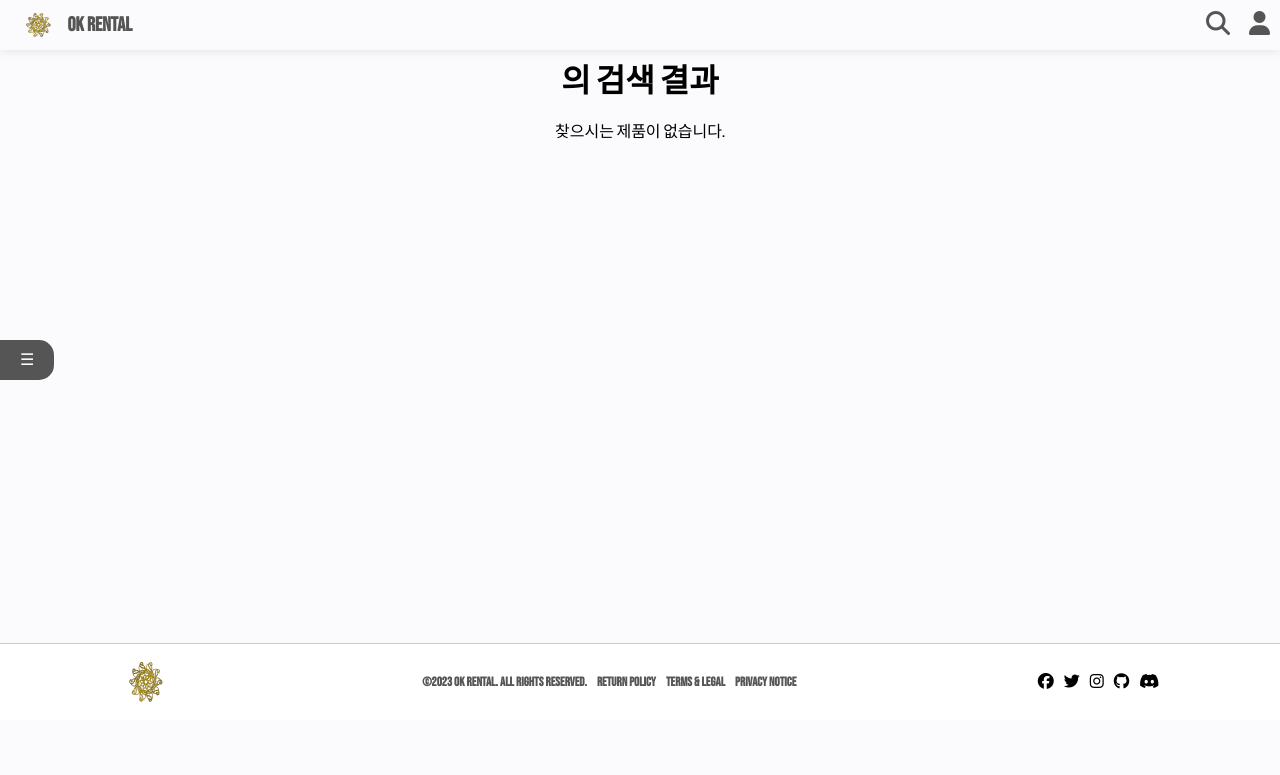
Repository: bbqju13/52si
Page: http://localhost/spring/WEB-INF/views/product/searchResult.jsp
The author's editor kept a copy of each file at every save. The page is drawn from the files as they stood at one save, then again after the next save.
The browser window is 1280 px wide. The pictures show the whole page.
Some web libraries are served in a nearby version. The page is served by Tomcat 9. Nobody is signed in. Other server files are loaded and not shown. The template is opened directly, without the code that normally fills it, so the values that code supplies are empty.

Above is the page before, as saved 2023-07-26 00:40:23.
Console error: TypeError: Cannot read properties of null (reading 'addEventListener')

### spring/src/main/webapp/WEB-INF/views/product/searchResult.jsp
<%@ page language="java" contentType="text/html; charset=UTF-8"
	pageEncoding="UTF-8"%>
<%@ taglib prefix="c" uri="http://java.sun.com/jsp/jstl/core"%>
<%@ taglib uri="http://java.sun.com/jsp/jstl/functions" prefix="fn"%>
<!DOCTYPE html>
<html lang="en">
<head>
<meta charset="UTF-8">
<meta name="viewport" content="width=device-width, initial-scale=1.0">
<script src="https://kit.fontawesome.com/e927512ef5.js"
	crossorigin="anonymous"></script>
<script
	src="https://ajax.googleapis.com/ajax/libs/jquery/3.5.1/jquery.min.js"></script>
<link rel="preconnect" href="https://fonts.gstatic.com" crossorigin>
<link
	href="https://fonts.googleapis.com/css2?family=Bebas+Neue&display=swap"
	rel="stylesheet">
<link href="https://fonts.googleapis.com/icon?family=Material+Icons"
	rel="stylesheet">
<title>List</title>
<link rel="stylesheet" href="/resources/css/product/list.css">
<link rel="stylesheet" href="/resources/css/HF.css">
</head>
<style>
</style>
<body>
	<!-- 헤더 -->
	<header>
		<div class="container">
			<div class="header">
				<a href="/home">
					<div class="logo-title">
						<img src="/resources/img/logo2.svg" alt="">
						<h1 class="title" style="color: #555;">OK Rental</h1>
					</div>
				</a>
				<!-- 우측에 위치 -->
				<div class="header-right">
					<div class="info">
						<i class="fa-sharp fa-solid fa-user fa-xl" style="color: #555;"
							onclick="toggleTooltip();"></i>
						<div id="tooltip" class="speech-bubble">
							<c:if test="${ses.cid == null }">
								<a href="/user/signup">회원가입</a>
								<br>
								<a href="/user/login">로그인</a>
							</c:if>
							<c:if test="${ses.cid != null }">
								<a href="/user/modify">회원정보수정</a>
								<br>
								<a href="/user/logout">로그아웃</a>
							</c:if>
						</div>
					</div>

					<!-- 230710 서치 -->
					<div class="search">
						<span id="search"> <i
							class="fa-solid fa-magnifying-glass fa-xl" style="color: #555;"></i>
						</span>
					</div>
				</div>
			</div>
		</div>
		<div id="myOverlay" class="overlay">
			<span class="closebtn" onclick="closeSearch()" title="Close Overlay">×</span>
			<div class="overlay-content">
				<form action="/product/search" method="get">
					<div class="search-container">
						<h1 style="color: white;">Quickly Search Site</h1>
						<div class="search-box">
							<input type="text" placeholder="Search.." name="search"
								class="search-input">
							<button class="search-box-btn" type="submit" style="color: #555;">Search</button>
						</div>
					</div>
				</form>
				<div class="quickly">
					<ul>
						<li><i class="fa-solid fa-arrow-right fa-xs"
							style="color: #ffffff;"></i> <a href="/product/search?search=다이슨"> dyson</a></li>
						<li><i class="fa-solid fa-arrow-right fa-xs"
							style="color: #ffffff;"></i> <a href="/product/search?search=엘지"> lg </a></li>
						<li><i class="fa-solid fa-arrow-right fa-xs"
							style="color: #ffffff;"></i> <a href="/product/search?search=쿠쿠"> cuckoo </a></li>
						<li><i class="fa-solid fa-arrow-right fa-xs"
							style="color: #ffffff;"></i> <a href="/product/search?search=코웨이"> coway </a></li>
					</ul>
				</div>
			</div>
		</div>

		<div id="blurryPart" class="blurry-part"></div>
		<!-- 230710 서치 -->
	</header>
	<!-- 헤더시마이 -->
	<h1 class="h1">${searchKeyword}의 검색 결과</h1>
	<c:choose>
		<c:when test="${empty searchDtoList}">
        	<p id="emptyPara">찾으시는 제품이 없습니다.</p>
        </c:when>
        <c:otherwise>
        	<div id="dtoListDiv">
				<ul>
				<c:forEach items="${searchDtoList}" var="dto">
		            <li>
		                <a href="/product/detail?pno=${dto.pvo.pno}">
		                    <span class="img-wrapper">
		                        <span class="img-container">
		                            <c:forEach items="${dto.flist}" var="fvo">
		                                <img alt="image" src="/upload/${fn:replace(fvo.save_dir, '\\','/')}/${fvo.uuid}_th_${fvo.file_name}">
		                            </c:forEach>
		                        </span>
		                    </span>
		                    <span class="badge-container">
		                        <img src="/resources/img/pc_best.png" alt="Best" class="badge">
		                        <img src="/resources/img/pc_new.png" alt="New" class="badge">
		                    </span>
		                    <span class="info-1">${dto.pvo.pname}</span>
		                    <span class="info-2">${dto.pvo.price}</span>
		                    <span class="info-3">${dto.pvo.content}</span>
		                </a>
		            </li>
				</c:forEach>
				</ul>
			</div>
        </c:otherwise>
	</c:choose>
	<div class="nav-btn" id="nav-btn">☰</div>

	<div class="nav-bar" id="nav-bar">
		<a href="#">service</a> <a href="#">address</a> <a href="#">project</a>
		<a href="#">phone</a>
	</div>

	<!-- top btn -->
	<button onclick="topFunction()" id="top-button" title="Go to top">
		<div>
			<i class="fa-solid fa-caret-up fa-lg" style="color: #ffffff;"></i>
		</div>
		Top
	</button>

	<!-- 푸터 -->
	<footer>
		<div class="footer" style="background-color: white;">
			<div class="ft-logo">
				<img src="/resources/img/logo2.svg" alt="" width="50px"
					height="50px">
			</div>
			<div class="footinfo">
				<span><h6>©2023 Ok RENTAL. All Rights Reserved.</h6></span> <span><h6>RETURN
						POLICY</h6></span> <span><h6>TERMS & LEGAL</h6></span> <span><h6>PRIVACY
						NOTICE</h6></span>
			</div>
			<div class="footsns">
				<a href="https://www.facebook.com/login/?locale=ko_KR"><i
					class="fa-brands fa-facebook" style="color: #000000;"></i></a> <a
					href="https://twitter.com/i/flow/login?input_flow_data=%7B%22requested_variant%22%3A%22eyJsYW5nIjoia28ifQ%3D%3D%22%7D"><i
					class="fa-brands fa-twitter" style="color: #000000;"></i></a> <a
					href="https://www.instagram.com/"><i
					class="fa-brands fa-instagram" style="color: #000000;"></i></a> <a
					href="https://github.com/login"><i class="fa-brands fa-github"
					style="color: #000000;"></i></a> <a href="https://discord.com/login"><i
					class="fa-brands fa-discord" style="color: #000000;"></i></a>
			</div>
		</div>
	</footer>
	<script src="/resources/js/HF.js"></script>
	<script src="/resources/js/product/list.js"></script>
	<!-- 푸터시마이 -->
	<script>

	</script>
</body>
</html>

### spring/src/main/webapp/resources/css/product/list.css
body {
    background-color: #fbfbfd;
    text-align: center;
    margin: 0;
    padding: 0;
    height: 100vh;
}

.h1{
    margin-top: 55px;
    margin-bottom: 0;
}

#dtoListDiv {
    width: 80%;
    margin: 0 auto;
    padding: 20px;
}

#dtoListDiv ul {
    padding: 0;
    margin: 0 0 80px 0;
    list-style: none;
    display: grid;
    grid-template-columns: repeat(auto-fill, minmax(250px, 1fr));
    grid-gap: 20px;
    justify-content: center;
}

#dtoListDiv ul li {
    height: 500px;
    box-shadow: 0px 0px 10px 0px rgba(0,0,0,0.1);
    background: white;
    border-radius: 10px;
    overflow: hidden;
}

#dtoListDiv ul li a {
    display: block;
    text-decoration: none;
    color: black;
    position: relative;
    height: 100%;
    padding: 20px;
    transition: all 0.3s ease-in-out;
}

#dtoListDiv ul li a .img-container img:hover {
    transform: scale(1.03); /* 이미지만 확대 */
}

#dtoListDiv ul li a .img-container {
    width: 100%;
    display: flex;
    justify-content: center;
    align-items: center;
    height: 50%;
    margin-top: 20px;
    margin-bottom: 20px;
    overflow: hidden; /* 이미지가 컨테이너를 벗어나는 것을 방지 */
}

#dtoListDiv ul li a .img-container img {
    max-width: 100%;
    max-height: 100%;
    object-fit: contain;
    transition: all 0.3s ease-in-out; /* 이미지 확대 애니메이션 */
}

#dtoListDiv ul li a .badge-container {
    position: absolute;
    top: 10px;
    right: 10px;
}

#dtoListDiv ul li a .badge-container img {
    width: 40px;
    height: 40px;
}

.info-1 {
    display: block;
    margin: 5px 0;
    margin-top: 60px;
}

.info-2, .info-3 {
    display: block;
    margin: 5px 0;
}

#dtoListDiv ul li:hover{
	border: 2px solid #007AFF;
}

.nav-btn {
    position: fixed;
    left: 0;
    top: 50%;
    transform: translateY(-50%);
    padding: 10px 20px;
    background: #555;
    color: #fff;
    cursor: pointer;
    z-index: 2;
    border-top-right-radius: 15px;
    border-bottom-right-radius: 15px;
}

.nav-btn:hover {
    background: #555; /* 변경: 호버 시 버튼이 사라지는 대신 색상이 변경됩니다. */
}

.nav-bar {
    position: fixed;
    height: 100%;
    width: 0;
    top: 0;
    left: 0;
    background: #555;
    z-index: 9999;
    overflow: hidden;
    transition: 0.5s;
    display: flex;
    flex-direction: column;
    align-items: center;
    justify-content: center;
    border-top-right-radius: 15px;
    border-bottom-right-radius: 15px;
}

.nav-bar a {
    padding: 20px;
    color: #fff;
    text-decoration: none;
    transition: 0.3s;
    border-radius: 15px;
}

.nav-bar a:hover {
    background: #555;
}
/* top btn */
#top-button {
    display: none; /* 기본적으로 버튼이 보이지 않도록 설정 */
    position: fixed;
    bottom: 120px; /* 하단에서 20px 떨어진 위치에 배치 */
    left: 30px; /* 좌측에서 30px 떨어진 위치에 배치 */
    z-index: 99; /* 다른 요소들 위에 보이도록 z-index 설정 */
    border: none;
    outline: none;
    background-color: #555; /* 배경색은 원하는 색으로 설정 */
    color: white; /* 글자 색은 원하는 색으로 설정 */
    cursor: pointer;
    padding: 15px;
    border-radius: 10px;
}
/* 스크롤바 커스텀 */
::-webkit-scrollbar {
    width: 0.7rem;
  }

  ::-webkit-scrollbar-thumb {
    border-radius: 1rem;
    background: #c5c5c5;
    transition: all 0.5s ease-in-out;
  }

  ::-webkit-scrollbar-thumb:hover {
    background: #222224;
  }

  ::-webkit-scrollbar-track {
    background: #f9f9f9;
  }

### spring/src/main/webapp/resources/css/HF.css
* {
    font-family: 'Bebas Neue', sans-serif;
}
a{
    text-decoration: none;
    color: black;
}
/* header */
.container {
    display: flex;
    justify-content: space-between;
    align-items: center;
    width: 100% !important;
    height: 50px;
    position: fixed;
    top: 0;
    z-index: 999;
    box-shadow: 0px 1px 10px 0px rgba(0,0,0,0.1);
}
.logo-title {
    display: flex;
    align-items: center;
    margin-left: 20px;
}
.logo-title img {
    height: 30px;
}
.logo-title h1 {
    margin-left: 10px;
    color: black;
    font-size: 20px;
}
.header {
    display: flex;
    justify-content: space-between; /* header 내부 요소들을 좌우 양쪽으로 분배 */
    width: 100% !important; /* header 요소의 너비를 최대로 설정 */
}
.header-right {
    display: flex;
    justify-content: flex-end; /* 우측에 위치하는 요소들을 우측 끝으로 정렬 */
}

@media screen and (max-width: 1669px) {
    .header {
        flex-direction: column;
        align-items: start;
        width: 100%;
    }
}
/* 회원가입 / 검색 */
.info, .search{
    margin-top: 5px;
}
.info>a{
color: black;
top: 0;
right: 0;
display: inline-block;
margin-right: 10px;
}
span:hover{
cursor: pointer;
}
#tooltip>a{
color: white;
text-align: center;
}
.info {
    position: absolute;
    top: 10px;
    right: 10px;
}

#tooltip {
    position: absolute;
    top: 40px;
    right: -10px;
    display: none;
    color: #ffffff;
    background: #00000069;
    border-radius: .4em;
    padding: 10px;
    white-space: nowrap;
    z-index: 9999;
}

.speech-bubble {
    background: #00000069;
    border-radius: .4em;
    padding: 10px;
    white-space: nowrap;
}

.speech-bubble:after {
    content: '';
    position: absolute;
    top: 0;
    left: 83%;
    transform: translate(-50%, -100%);
    width: 0;
    height: 0;
    border: 10px solid transparent;
    border-bottom-color: #00000069;
}
.fa-sharp{
    cursor: pointer;
}

/* 230710 서치 수정 */
.overlay {
    height: 0%;
    width: 100%;
    position: fixed;
    z-index: 99999;
    top: 0;
    left: 0;
    background-color: #fbfbfd;
    background-color: rgba(116, 112, 112, 0.836);
    overflow-x: hidden;
    transition: 0.5s;
    border-bottom-left-radius: 30px;
    border-bottom-right-radius: 30px;
  }

  .overlay-content {
    position: relative;
    top: 25%;
    width: 100%;
    text-align: left;
    margin-top: 30px;
    margin-left: 20px;
  }
  .overlay-content h1 {
  font-size: 1.5em;
  margin-bottom: 10px;
}

.overlay .closebtn {
    position: absolute;
    top: 20px;
    right: 45px;
    font-size: 60px;
    cursor: pointer;
    color: white;
}

.blurry-part {
    height: 0%;
    backdrop-filter: blur(8px);
    position: fixed;
    bottom: 0;
    width: 100%;
    transition: 0.5s;
}

@media screen and (max-height: 100%) {
  .overlay a {font-size: 20px}
  .overlay .closebtn {
    font-size: 40px;
    top: 15px;
    right: 35px;
  }
}

.overlay-content ul li{
    list-style-type: none;
}

.overlay-content li{
    color: white;
    font-size: 24px;
}
.search-container {
    width: 95%;
    box-sizing: border-box;
  }
  .search-container h1{
    text-align: center;
  }

  .search-box {
    display: flex;
    align-items: center;
    background: white;
    border-radius: 4px;
  }

  .search-input {
    flex: 1;
    border: none;
    outline: none;
    padding: 10px 20px;
    font-size: 16px;
    color: #333;
    border-top-left-radius: 4px;
    border-bottom-left-radius: 4px;
  }

  .search-box button {
    padding: 10px 20px;
    border: none;
    background: linear-gradient(to bottom, #f5f6f7, #e7e8e9);
    color: #333;
    font-size: 16px;
    cursor: pointer;
    transition: all 0.3s;
    outline: none;
    border-radius: 4px;
  }

  .search-box button:hover {
    background: linear-gradient(to bottom, #e7e8e9, #d6d7d8);
  }

  .quickly ul {
    padding: 0;
    list-style: none;
  }

  .quickly ul li {
    margin-bottom: 10px;
  }

  .quickly ul li a {
    color: white;
    text-decoration: none;
    font-size: 20px;
  }
  .search {
    position: absolute;
    top: 10px;
    right: 50px;
}

/* 230710 서치 수정끝 */

/* footer */
footer {
    position: fixed;
    bottom: 0;
    width: 100%;
}
.footer {
    display: flex;
    justify-content: space-around;
    align-items: center;
    border-top: 1px solid #ccc;
}

.footer div {
    display: flex;
    align-items: center;
    gap: 10px;
}

.footinfo, .footsns {
    flex-direction: row;
    gap: 10px;
}

.footsns a {
    color: #555;
    text-decoration: none;
}

.ft-logo img, .footinfo h6 {
    font-size: 0.8em;
    color: #555;
}

.ft-logo{
    margin-right: 5px;
}

.gender-selection {
    display: flex;
    justify-content: center;
    gap: 10px;
    margin-bottom: 10px;
}

.gender-icon {
    cursor: pointer;
    transition: color 0.3s;
}

.gender-icon.selected {
    color: #007AFF;
}
.ft-logo{
    margin-right: 10px;
}
.footsns{
    text-align: center;
}

### spring/src/main/webapp/resources/js/HF.js
function toggleTooltip() {
    var tooltip = document.getElementById("tooltip");
    tooltip.style.display = tooltip.style.display === "block" ? "none" : "block";
}


// 검색창 변경 overlay search
function openSearch() {
  document.getElementById("myOverlay").style.height = "45%";
  document.getElementById("blurryPart").style.height = "55%";
}

function closeSearch() {
  document.getElementById("myOverlay").style.height = "0%";
  document.getElementById("blurryPart").style.height = "0%";
}

document.getElementById('search').addEventListener('click', function() {
  openSearch();
});

document.addEventListener("DOMContentLoaded", function() {
    // 정보 버튼(info-button) 클릭 시 동작
    document.getElementById("info-button").addEventListener("click", function() {
      var infoModal = document.getElementById("info-modal");
      infoModal.style.display = "block";
      infoModal.style.width = "0px";
      infoModal.style.height = "0px";
      infoModal.animate([
        { width: "0px", height: "0px" },
        { width: "260px", height: "550px", opacity: 1 }
      ], {
        duration: 500,
        fill: "forwards"
      });
    });

    // 정보 모달(info-modal) 닫기 버튼(close-button) 클릭 시 동작
    document.getElementById("close-button").addEventListener("click", function() {
      var infoModal = document.getElementById("info-modal");
      infoModal.animate([
        { width: "260px", height: "550px", opacity: 1 },
        { width: "0px", height: "0px", opacity: 0 }
      ], {
        duration: 1500,
        fill: "forwards"
      }).onfinish = function() {
        infoModal.style.display = "none";
      };
    });

    // 관리자 버튼(admin-button-left) 클릭 시 동작
    document.getElementById("admin-button-left").addEventListener("click", function() {
      var adminModal = document.getElementById("admin-modal-left");
      adminModal.style.display = "block";
      adminModal.style.width = "0px";
      adminModal.style.height = "0px";
      adminModal.animate([
        { width: "0px", height: "0px" },
        { width: "260px", height: "550px", opacity: 1 }
      ], {
        duration: 500,
        fill: "forwards"
      });
    });

    // 관리자 모달(admin-modal-left) 닫기 버튼(close-button-admin-left) 클릭 시 동작
    document.getElementById("close-button-admin-left").addEventListener("click", function() {
      var adminModal = document.getElementById("admin-modal-left");
      adminModal.animate([
        { width: "260px", height: "550px", opacity: 1 },
        { width: "0px", height: "0px", opacity: 0 }
      ], {
        duration: 1500,
        fill: "forwards"
      }).onfinish = function() {
        adminModal.style.display = "none";
      };
    });
  });

### spring/src/main/webapp/resources/js/product/list.js
var navBar = document.getElementById('nav-bar');
        var navBtn = document.getElementById('nav-btn');

        navBtn.addEventListener('mouseenter', function() {
            navBar.style.width = '300px';
        });

        navBar.addEventListener('mouseleave', function() {
            navBar.style.width = '0';
        });

        // top btn
var topButton = document.getElementById("top-button");

        // 스크롤을 내리면 버튼이 나타나도록 하는 함수
        window.onscroll = function() {scrollFunction()};

        function scrollFunction() {
            if (document.body.scrollTop > 100 || document.documentElement.scrollTop > 100) {
                topButton.style.display = "block";
            } else {
                topButton.style.display = "none";
            }
        }

        // 버튼 클릭 시 스크롤이 부드럽게 상단으로 이동하도록 하는 함수
        function topFunction() {
            window.scrollTo({top: 0, behavior: 'smooth'});
        }

Loaded but not shown: spring/src/main/webapp/resources/img/logo2.svg (784 lines, source omitted)

After the next save:
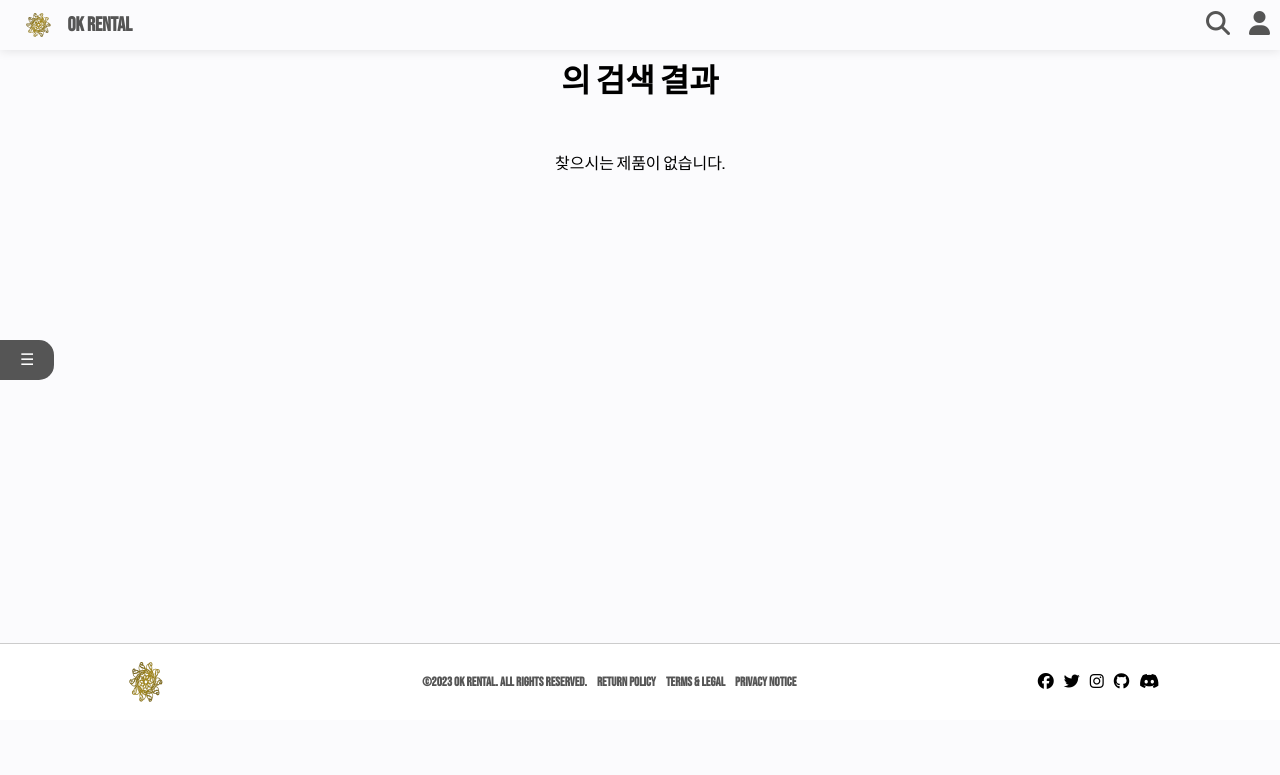
Saved 89 s later.
--- a/spring/src/main/webapp/resources/css/product/list.css
+++ b/spring/src/main/webapp/resources/css/product/list.css
@@ -173,3 +173,7 @@ body {
   ::-webkit-scrollbar-track {
     background: #f9f9f9;
   }
+
+#emptyPara {
+	margin-top: 3rem;
+}
